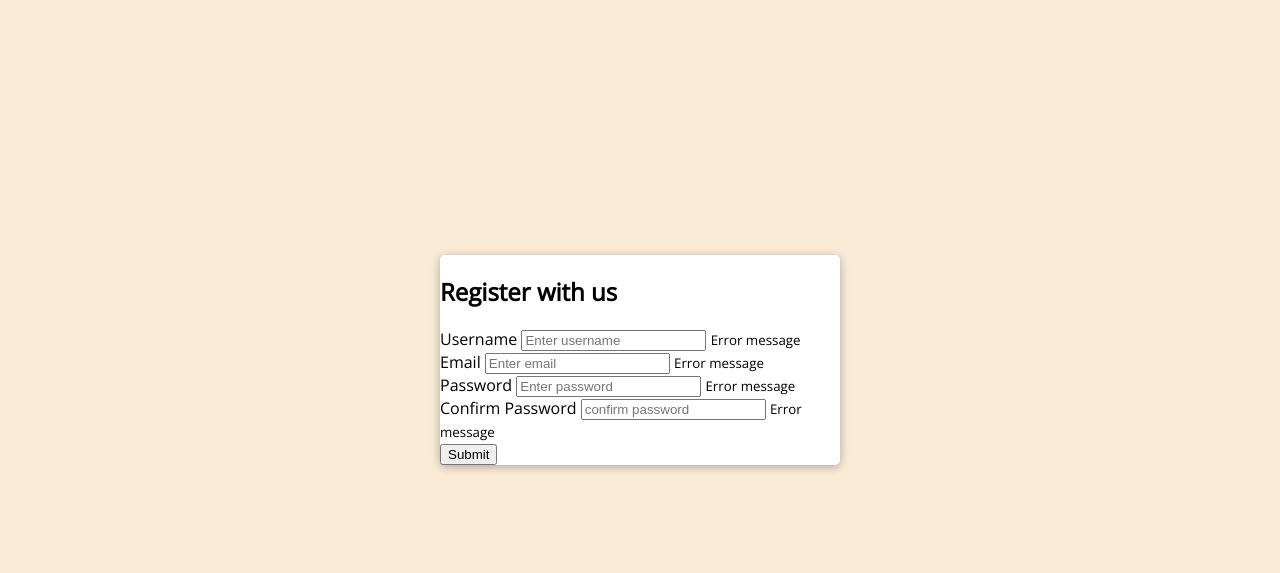
Repository: Azariagmt/Vanilla-javascript
Page: Form-Validator/index.html
These files come from the project's save history. The page is drawn as it stood at one moment and after a run of saves; the edit follows.
The browser window is 1280 px wide. The pictures show the whole page.

Above is the page before, as saved 2020-04-20 09:38:20.

After the next 3 saves:
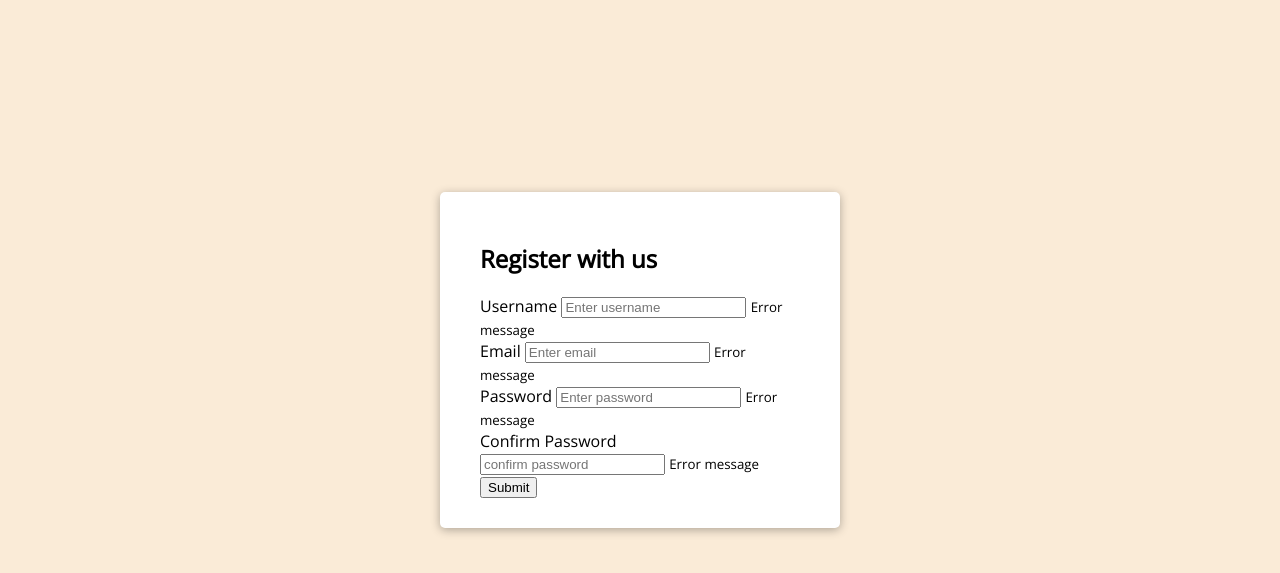
The 3 saves are shown as one change because they came seconds apart.
The last was saved 10 s later.
--- a/Form-Validator/style.css
+++ b/Form-Validator/style.css
@@ -21,6 +21,8 @@ body{
     width: 400px;
 }
 
+
+
 .form{
-    padding: 30;
+    padding: 30px 40px;
 }
